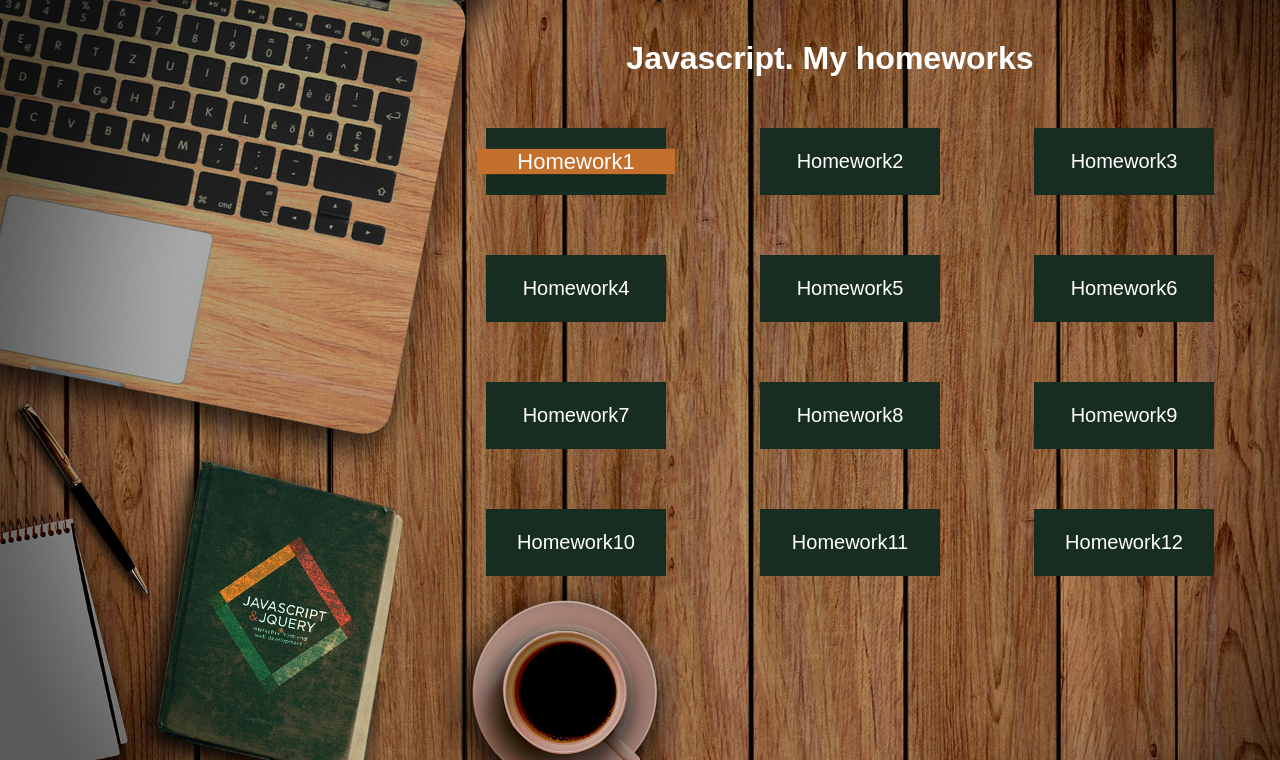
Repository: mariiastetsko/cursor-js-hw
Page: index.html
An editor plug-in stored every save of this project. The page is shown before and after the next save, followed by the edit.
The browser window is 1280 px wide. The pictures show the whole page.
The pointer rests on the first visible `li`.

Above is the page before, as saved 2020-07-22 20:53:06.

### index.html
<!DOCTYPE html>
<html lang="en">
  <head>
    <meta charset="UTF-8" />
    <meta name="viewport" content="width=device-width, initial-scale=1.0" />
    <title>Cursor.JS.Homeworks</title>
    <link rel="stylesheet" href="./style.css" />
  </head>
  <body>
    <div class="homeworks">
    <h1>Javascript. My homeworks</h1>
    <ul class="list">
      <div class="hw"><li>
        <a href="./HW1/index.html">Homework1</a>
      </li></div>
      <div class="hw"><li><a href="./HW2/index.html">Homework2 </a></li></div>
      <div class="hw"><li><a href="./HW3/index.html">Homework3</a></li></div>
      <div class="hw"><li><a href="./HW4/index.html">Homework4</a></li></div>
      <div class="hw"><li><a href="./HW5/index.html">Homework5</a></li></div>
      <div class="hw"><li><a href="./HW6/index.html">Homework6</a></li></div>
      <div class="hw"><li><a href="./HW7/index.html">Homework7</a></li></div>
      <div class="hw"><li><a href="./HW8/index.html">Homework8</a></li></div>
      <div class="hw"><li><a href="./HW9/index.html">Homework9</a></li></div>
      <div class="hw"><li><a href="./HW10/index.html">Homework10</a></li></div>
      <div class="hw"><li><a href="./HW11/index.html">Homework11</a></li></div>
      <div class="hw"><li><a href="./HW12/index.html">Homework12</a></li></div>
    </ul>
  </div>
  </body>
</html>

### style.css
* {
    box-sizing: border-box;
    font-family: Arial, Helvetica, sans-serif;
}

body {
    margin: 0 auto;
    padding: 0;
    min-height: 100vh;
    background-image: url('./background.jpg');
    background-repeat: no-repeat;
    background-size: cover;
}


ul {
    list-style: none;
}

.list {
    display: flex;
    justify-content: space-evenly;
    flex-wrap: wrap;
}

li, a {
    text-decoration: none;
    color: #FFF;
    font-size: 20px;
}

.hw {
    width: 180px;
    padding: 22px 0;
    margin: 30px 28px;

    background: #172D21;
    box-shadow: 3px 60px 58px -29px rgba(0,0,0,0.73);
    transform: perspective(1px) translateZ(0);
    box-shadow: 0 0 1px rgba(0, 0, 0, 0);
    transition-duration: 0.3s;
    transition-property: box-shadow, transform;
}

  li:hover, li:focus, li:active, a:hover, a:focus, a:active {
    box-shadow: 0 10px 10px -10px rgba(0, 0, 0, 0.5);
    transform: scale(1.1);
    background: #C46F2C;
  }

.homeworks {
    width: 900px;
    text-align: center;
    margin-left: auto;
    margin-top: 40px;
    color: #FFF;
}

After the next save:
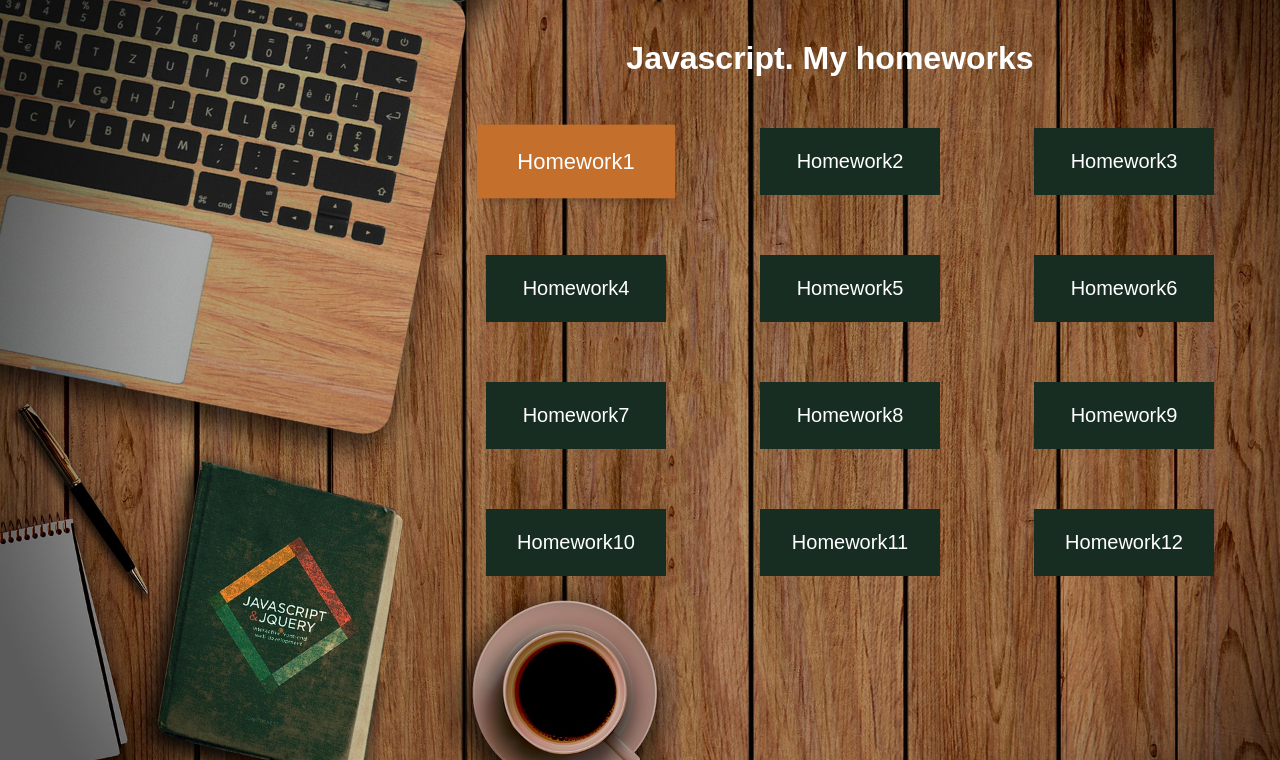
Saved 10 s later.
--- a/style.css
+++ b/style.css
@@ -42,7 +42,7 @@ li, a {
     transition-property: box-shadow, transform;
 }
 
-  li:hover, li:focus, li:active, a:hover, a:focus, a:active {
+  .hw:hover, li:focus, li:active, a:hover, a:focus, a:active {
     box-shadow: 0 10px 10px -10px rgba(0, 0, 0, 0.5);
     transform: scale(1.1);
     background: #C46F2C;
